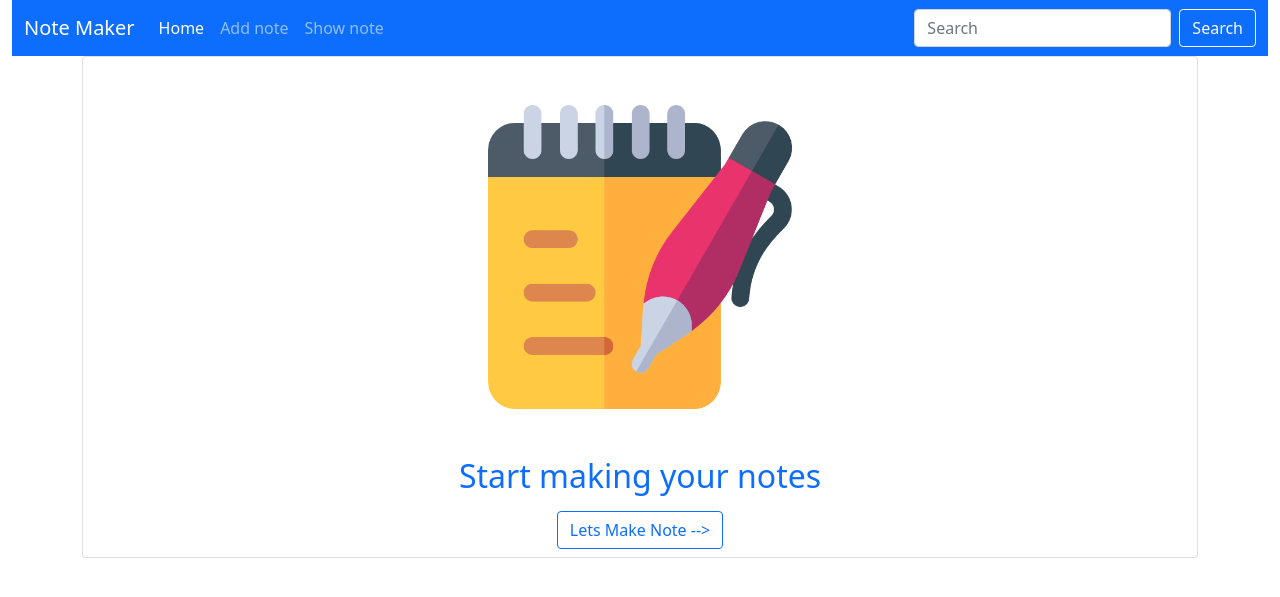
Repository: sachin1830/hibernateproject
Page: http://localhost/com.todolist/
The author's editor kept a copy of each file at every save. The page is drawn from the files as they stood at one save, then again after the next save.
The browser window is 1280 px wide. The pictures show the whole page.
Some web libraries are served in a nearby version. The page is served by Tomcat 9.

Above is the page before, as saved 2021-01-23 06:04:21.

After the next save:
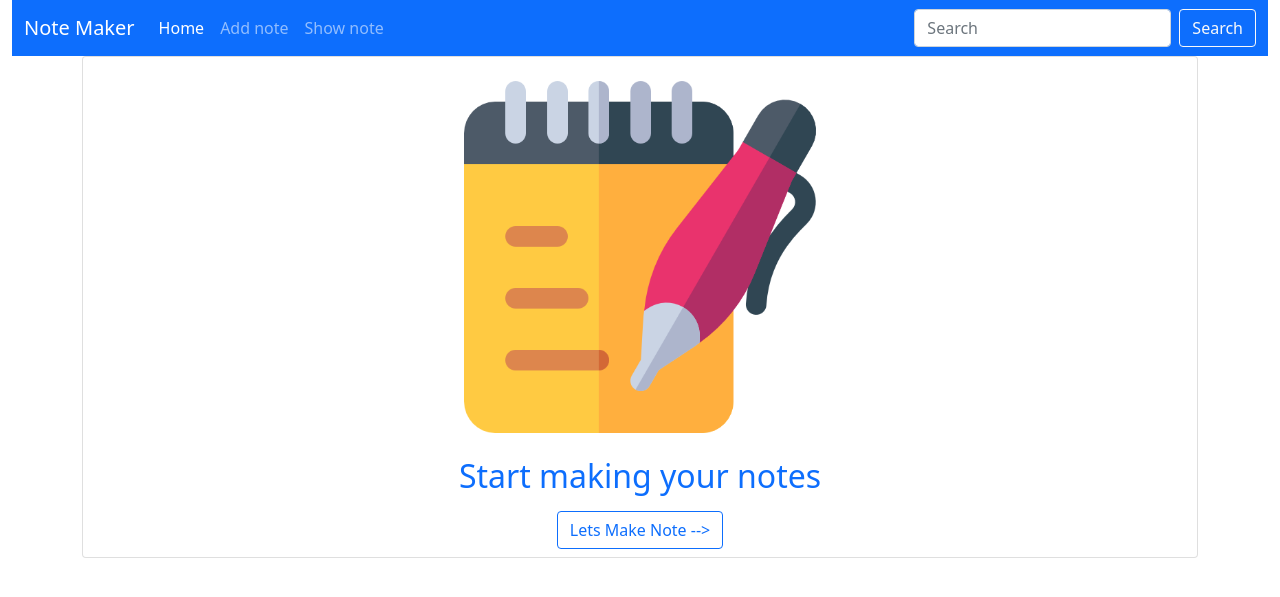
Saved 20 s later.
--- a/com.todolist/src/main/webapp/index.jsp
+++ b/com.todolist/src/main/webapp/index.jsp
@@ -16,7 +16,7 @@
   	</div>
   	<div class="container">
   		<div class="card">
-  			<img src="img/notes.png" alt="image not found" style="max-width:400px" class="img-fluid mx-auto p-5">
+  			<img src="img/notes.png" alt="image not found" style="max-width:400px" class="img-fluid mx-auto p-4">
   			<h2 class="text-center text-primary">Start making your notes </h2>
   			<div class="container text-center">
   			<a class="btn btn-outline-primary m-2">Lets Make Note --></a>
